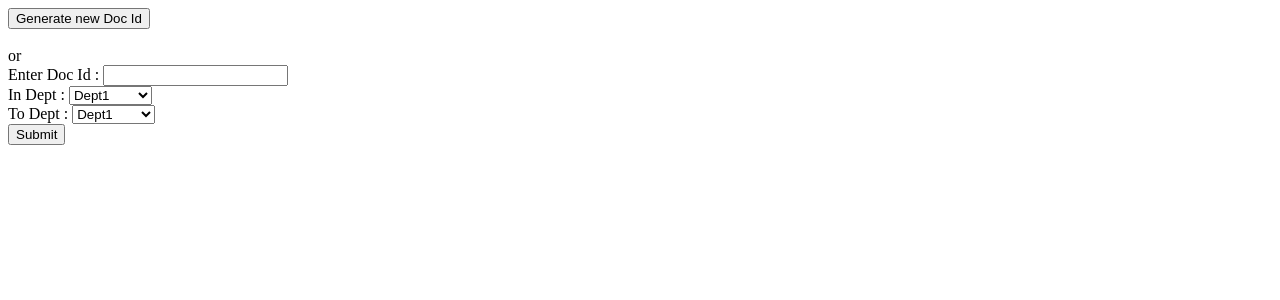
Repository: javaSingh/java
Page: workspace/minor project with inder 7th sem/WebContent/senddoc.html
An editor plug-in stored every save of this project. The page is shown before and after the next save, followed by the edit.
The browser window is 1280 px wide. The pictures show the whole page.

Above is the page before, as saved 2014-10-19 16:32:48.

After the next save:
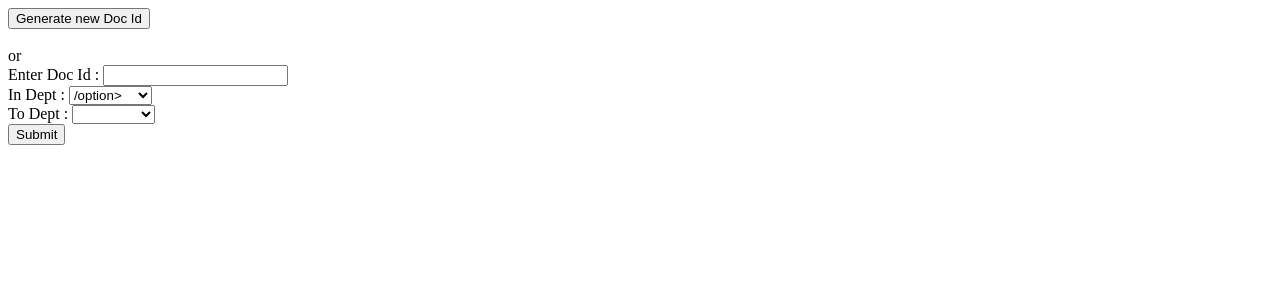
Saved 2 min 9 s later.
--- a/workspace/minor project with inder 7th sem/WebContent/senddoc.html
+++ b/workspace/minor project with inder 7th sem/WebContent/senddoc.html
@@ -15,6 +15,7 @@ or
 <form action='Serv2'>
 Enter Doc Id : <input type='number' name='docid' required autofoucs></input><br>
 In Dept : <select name='indept'>
+  <option value="">/option>
   <option value="Dept1">Dept1</option>
   <option value="Dept2">Dept2</option>
   <option value="Dept3">Dept3</option>
@@ -22,7 +23,8 @@ In Dept : <select name='indept'>
   <option value="Reception">Reception</option>
 </select><br>
 To Dept : <select name='todept'>
-  <option value="Dept1">Dept1</option>
+<option value=""></option>
+<option value="Dept1">Dept1</option>
   <option value="Dept2">Dept2</option>
   <option value="Dept3">Dept3</option>
   <option value="Dept4">Dept4</option>
